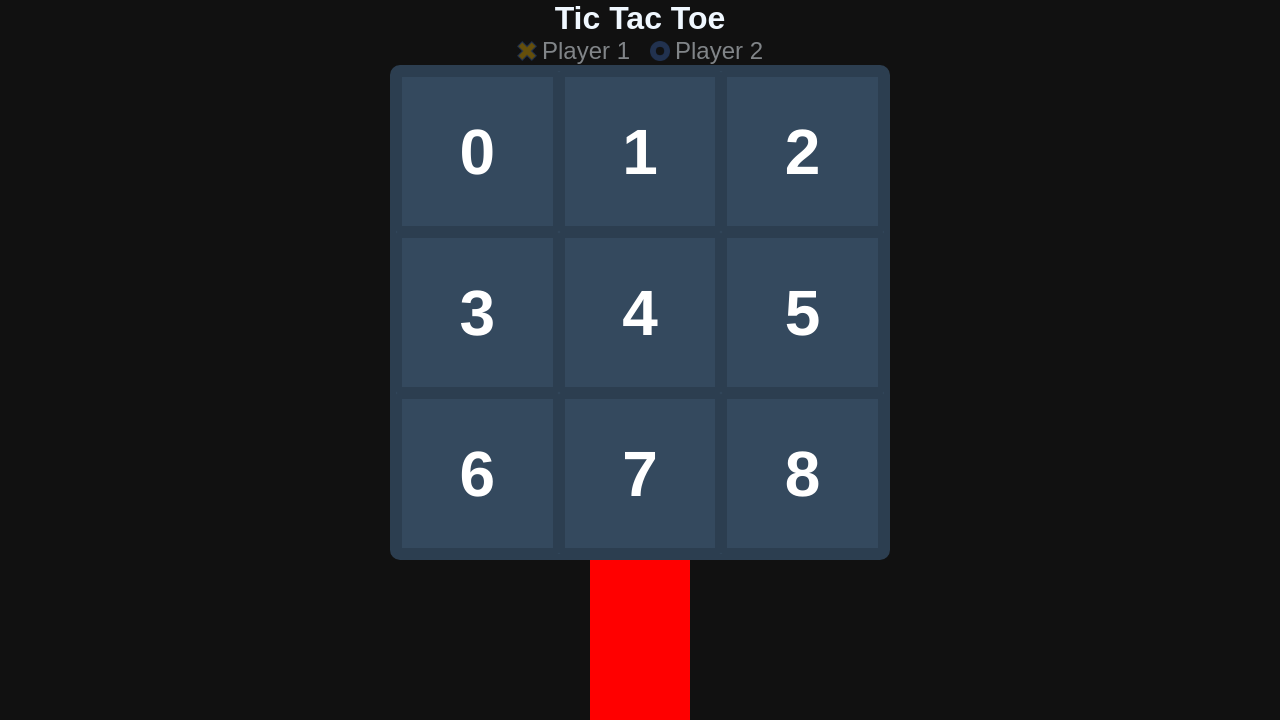
Repository: richardlieknis/tictactoe
Page: index.html
An editor plug-in stored every save of this project. The page is shown before and after the next save, followed by the edit.
The browser window is 1280 px wide. The pictures show the whole page.

Above is the page before, as saved 2022-12-08 14:25:43.

### index.html
<!DOCTYPE html>
<html lang="en">

<head>
    <meta charset="UTF-8" />
    <meta http-equiv="X-UA-Compatible" content="IE=edge" />
    <meta name="viewport" content="width=device-width, initial-scale=1.0" />
    <title>TicTacToe</title>
    <link rel="stylesheet" href="css/style.css" />
    <link rel="stylesheet" href="css/mobile.css" />

    <script src="main.js"></script>
</head>

<body>
    <div class="maincontainer">
        <h1>Tic Tac Toe</h1>
        <div class="players">
            <div id="player1" class="inactive">
                <img src="src/img/cross.png" /> Player 1
            </div>
            <div id="player2" class="inactive">
                <img src="src/img/circle.png" /> Player 2
            </div>
        </div>
        <div class="gameField">
            <div class="box" id="0" onclick="playerPlace(0)">0</div>
            <div class="box" id="1" onclick="playerPlace(1)">1</div>
            <div class="box" id="2" onclick="playerPlace(2)">2</div>
            <div class="box" id="3" onclick="playerPlace(3)">3</div>
            <div class="box" id="4" onclick="playerPlace(4)">4</div>
            <div class="box" id="5" onclick="playerPlace(5)">5</div>
            <div class="box" id="6" onclick="playerPlace(6)">6</div>
            <div class="box" id="7" onclick="playerPlace(7)">7</div>
            <div class="box" id="8" onclick="playerPlace(8)">8</div>
        </div>
        <div class="lines">
            <div class="line"></div>
            <div class="line"></div>
            <div class="line"></div>
            <div class="line"></div>
            <div class="line"></div>
            <div class="line"></div>
            <div class="line"></div>
            <div class="line"></div>
        </div>
    </div>
</body>

</html>

### css/style.css
* {
    margin: 0;
    padding: 0;
    box-sizing: border-box;
}

body {
    font-family: sans-serif;
    color: aliceblue;
    background-color: #111;
}

.players {
    display: flex;
    align-items: center;
    justify-content: center;
    gap: 20px;
}

#player1,
#player2 {
    display: flex;
    align-items: center;
    gap: 5px;
    font-size: 24px;
}

.inactive {
    opacity: 0.5;
}

.players img {
    width: 20px;
}

.maincontainer {
    display: flex;
    justify-content: center;
    align-items: center;
    flex-direction: column;
    height: 100vh;
}

.gameField {
    width: 500px;
    height: 500px;
    margin: 0 auto;
    background-color: #34495e;
    color: #fff;
    border: 6px solid #2c3e50;
    border-radius: 10px;
    display: grid;
    grid-template: repeat(3, 1fr) / repeat(3, 1fr);
}

.box {
    border: 6px solid #2c3e50;
    border-radius: 2px;
    font-family: Helvetica;
    font-weight: bold;
    font-size: 4em;
    display: flex;
    justify-content: center;
    align-items: center;
    cursor: pointer;
}

.box:hover {
    background-color: #416080;
}

.line {
    background-color: #f00;
    width: 100px;
    height: 20px;
}

### main.js
const circle = document.getElementById('circle');
const cross = document.getElementById('cross');
const gameover = document.getElementById('gameover');

let fields = [0, 1, 2, 3, 4, 5, 6, 7, 8];
let currentPlayer = 'cross';
let win = false;

let winFields = [
    [0, 1, 2],
    [3, 4, 5],
    [6, 7, 8],
    [0, 3, 6],
    [1, 4, 7],
    [2, 5, 8],
    [0, 4, 8],
    [2, 4, 6]
]

function playerPlace(id) {
    let fieldHtml = document.getElementById(id);
    if (fields[id] < 9 && !win) {
        if (currentPlayer === 'circle') {
            fields[id] = 'circle';
            fieldHtml.innerHTML = `<img src="src/img/circle.png">`;
            checkWin();
            currentPlayer = 'cross';
            document.getElementById('player1').classList.remove('inactive');
            document.getElementById('player2').classList.add('inactive');
        } else if (currentPlayer === 'cross') {
            fields[id] = 'cross';
            fieldHtml.innerHTML = `<img src="src/img/cross.png">`;
            checkWin();
            currentPlayer = 'circle';
            document.getElementById('player2').classList.remove('inactive');
            document.getElementById('player1').classList.add('inactive');
        }
    }
}

function checkWin() {
    for (let i = 0; i < winFields.length; i++) {
        if (fields[winFields[i][0]] === fields[winFields[i][1]] &&
            fields[winFields[i][1]] === fields[winFields[i][2]]) {
            console.log("GEWONNEN:", currentPlayer);
            win = true;
        }
    }

}

function resetGame() {
    win = false;
    for (let i = 0; i < 9; i++) {
        let fieldHtml = document.getElementById(i);
        fields = [0, 1, 2, 3, 4, 5, 6, 7, 8];
        fieldHtml.innerHTML = "";
    }
}

Loaded but not shown: css/mobile.css (no stored copy; drawn as an empty file)

After the next save:
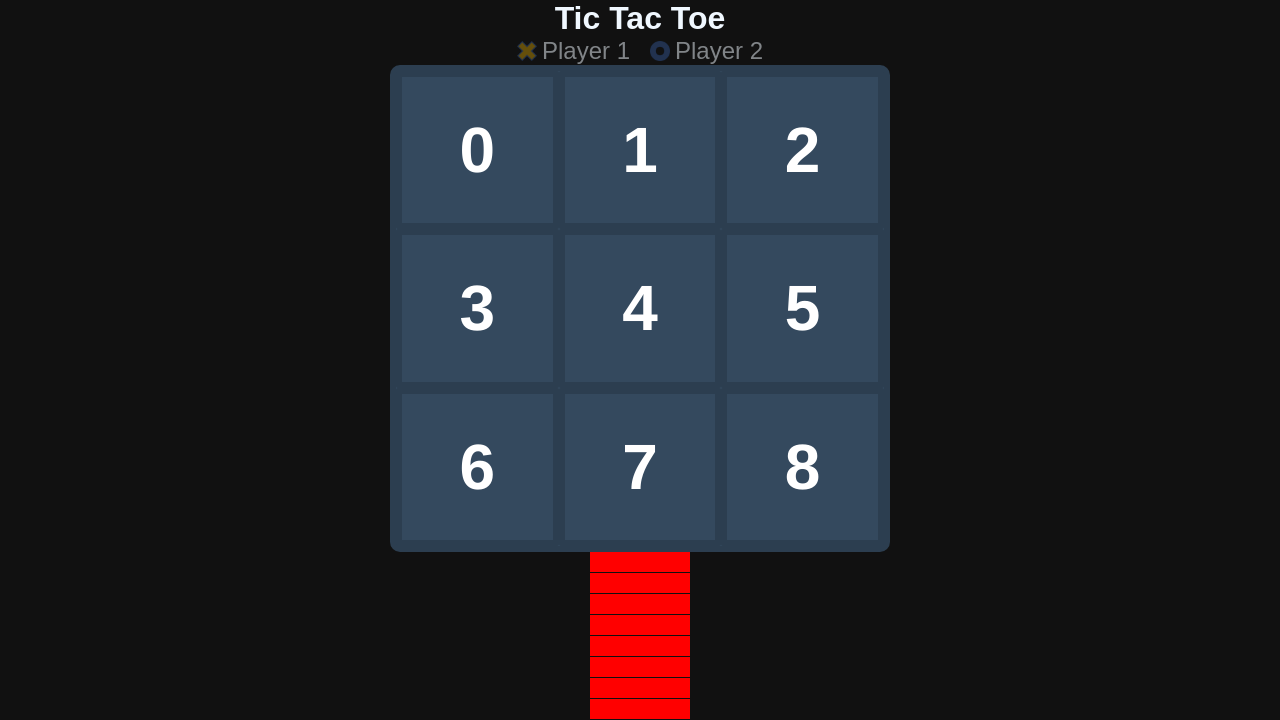
Saved 15 s later.
--- a/css/style.css
+++ b/css/style.css
@@ -73,4 +73,5 @@
     background-color: #f00;
     width: 100px;
     height: 20px;
+    margin-bottom: 1px;
 }
